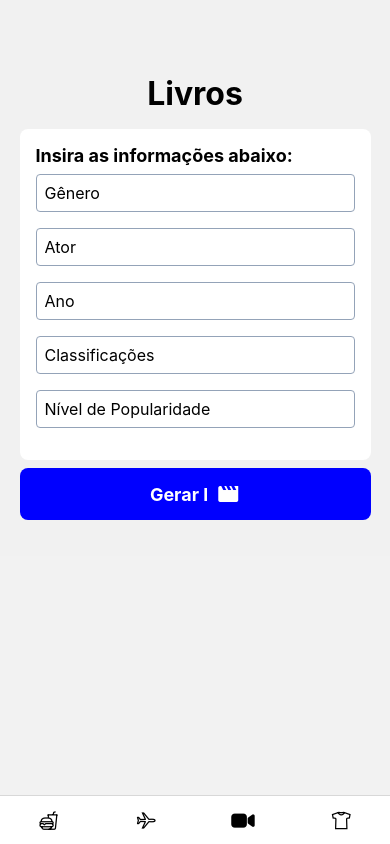
Repository: Matheus904-12/routes
Screen: /filmes (app in roteamento/)
An editor plug-in stored every save of this project. The screen is shown before and after the next save, followed by the edit.
The app was drawn by React Native's web renderer in a window 390 px wide. The project was rebuilt for these pictures with package versions that can differ from the ones it lists, and the page was loaded fresh each time. Also part of the build but not shown: roteamento/pages/viagem.js, roteamento/pages/roupas.js.

Above is the screen before, as saved 2024-05-01 17:45:58.

### roteamento/App.tsx
import React from 'react';
import { NavigationContainer } from '@react-navigation/native';
import { Routes } from './routes';

export default function App() {
  return (
    <NavigationContainer>
      <Routes />
    </NavigationContainer>
  );
}

### roteamento/routes.js
import { createBottomTabNavigator } from "@react-navigation/bottom-tabs";
import { Viagem } from './pages/viagem';
import { Filmes } from './pages/filmes';
import { Roupas } from './pages/roupas';
import { Receita } from './pages/receita';
import { Ionicons } from '@expo/vector-icons/'

const Tab = createBottomTabNavigator();

export function Routes() {
    return (
        <Tab.Navigator>
            <Tab.Screen
                name="receita"
                component={Receita}
                options={{
                    tabBarShowLabel: false,
                    headerShown: false,
                    tabBarIcon: ({ focused }) => {
                        if (focused) {
                            return (<Ionicons size={25} color={"#000"} name="fast-food" />)
                        }
                        return (<Ionicons size={20} color={"#000"} name="fast-food-outline" />)
                    }
                }}
            />
            <Tab.Screen
                name="viagem"
                component={Viagem}
                options={{
                    tabBarShowLabel: false,
                    headerShown: false,
                    tabBarIcon: ({ focused }) => {
                        if (focused) {
                            return (<Ionicons size={25} color={"#000"} name="airplane" />)
                        }
                        return (<Ionicons size={20} color={"#000"} name="airplane-outline" />)
                    }
                }}
            />
            <Tab.Screen
                name="filmes"
                component={Filmes}
                options={{
                    tabBarShowLabel: false,
                    headerShown: false,
                    tabBarIcon: ({ focused }) => {
                        if (focused) {
                            return (<Ionicons size={25} color={"#000"} name="videocam" />)
                        }
                        return (<Ionicons size={20} color={"#000"} name="videocam-outline" />)
                    }
                }}
            />
            <Tab.Screen
                name="roupas"
                component={Roupas}
                options={{
                    tabBarShowLabel: false,
                    headerShown: false,
                    tabBarIcon: ({ focused }) => {
                        if (focused) {
                            return (<Ionicons size={25} color={"#000"} name="shirt" />)
                        }
                        return (<Ionicons size={20} color={"#000"} name="shirt-outline" />)
                    }
                }}
            />
        </Tab.Navigator>
    )
}

### roteamento/pages/filmes.js
import React, { useState } from 'react';
import { StyleSheet, Text, View, TextInput, TouchableOpacity, Platform, StatusBar, ScrollView, ActivityIndicator, Alert, Keyboard } from 'react-native';
import { MaterialCommunityIcons } from '@expo/vector-icons';

const alturaStatusBar = StatusBar.currentHeight;
const KEY_GPT = 'SUA_CHAVE_DE_API';

export function Filmes() {

    const [load, defLoad] = useState(false);
    const [receita, defReceita] = useState("");

    const [ingr1, defIngr1] = useState("");
    const [ingr2, defIngr2] = useState("");
    const [ingr3, defIngr3] = useState("");
    const [ingr4, defIngr4] = useState("");
    const [ocasiao, defOcasiao] = useState("");

    async function gerarReceita() {
        if (ingr1 === "" || ingr2 === "" || ingr3 === "" || ingr4 === "" || ocasiao === "") {
            Alert.alert("Atenção", "Informe todas as informações!", [{ text: "Beleza!" }])
            return;
        }
        defReceita("");
        defLoad(true);
        Keyboard.dismiss();

        const prompt = `Sugira livros com titulos populares e bem avalidados com essas especiicações: ${ingr1}, ${ingr2}, ${ingr3} e ${ingr4}, além de mostrar serviços que contém esses livros e pesquise sobre algum video de alguém indicando o livro no YouTube. Caso encontre, informe o link.`;

        fetch("https://api.openai.com/v1/chat/completions", {
            method: "POST",
            headers: {
                "Content-Type": "application/json",
                Authorization: `Bearer ${KEY_GPT}`
            },
            body: JSON.stringify({
                model: "gpt-3.5-turbo",
                messages: [
                    {
                        role: 'user',
                        content: prompt
                    }
                ],
                temperature: 0.20,
                max_tokens: 500,
                top_p: 1,
            })
        })
            .then(response => response.json())
            .then((data) => {
                console.log(data.choices[0].message.content);
                defReceita(data.choices[0].message.content)
            })
            .catch((error) => {
                console.log(error);
            })
            .finally(() => {
                defLoad(false);
            })
    }

    return (
        <ScrollView>
            <View style={ESTILOS.container}>
                <StatusBar barStyle="dark-content" translucent={true} backgroundColor="#F1F1F1" />
                <Text style={ESTILOS.header}>Livros</Text>
                <View style={ESTILOS.form}>
                    <Text style={ESTILOS.label}>Insira as informações abaixo:</Text>
                    <TextInput
                        placeholder="Gênero"
                        style={ESTILOS.input}
                        value={ingr1}
                        onChangeText={(texto) => defIngr1(texto)}
                    />
                    <TextInput
                        placeholder="Ator"
                        style={ESTILOS.input}
                        value={ingr2}
                        onChangeText={(texto) => defIngr2(texto)}
                    />
                    <TextInput
                        placeholder="Ano"
                        style={ESTILOS.input}
                        value={ingr3}
                        onChangeText={(texto) => defIngr3(texto)}
                    />
                    <TextInput
                        placeholder="Classificações"
                        style={ESTILOS.input}
                        value={ingr4}
                        onChangeText={(texto) => defIngr4(texto)}
                    />
                    <TextInput
                        placeholder="Nível de Popularidade"
                        style={ESTILOS.input}
                        value={ocasiao}
                        onChangeText={(texto) => defOcasiao(texto)}
                    />
                </View>

                <TouchableOpacity style={ESTILOS.button} onPress={gerarReceita}>
                    <Text style={ESTILOS.buttonText}>Gerar l</Text>
                    <MaterialCommunityIcons name="movie" size={24} color="#FFF" />
                </TouchableOpacity>

                <ScrollView contentContainerStyle={{ paddingBottom: 24, marginTop: 4, }} style={ESTILOS.containerScroll} showsVerticalScrollIndicator={false} >
                    {load && (
                        <View style={ESTILOS.content}>
                            <Text style={ESTILOS.title}>Procurando livros...</Text>
                            <ActivityIndicator color="#000" size="large" />
                        </View>
                    )}

                    {receita && (
                        <View style={ESTILOS.content}>
                            <Text style={ESTILOS.title}>Livros sigeridos 👇</Text>
                            <Text style={{ lineHeight: 24 }}>{receita} </Text>
                        </View>
                    )}
                </ScrollView>
            </View>
        </ScrollView>
    );
}

const ESTILOS = StyleSheet.create({
    container: {
        flex: 1,
        backgroundColor: '#f1f1f1',
        alignItems: 'center',
        paddingTop: 20,
    },
    header: {
        fontSize: 32,
        fontWeight: 'bold',
        paddingTop: Platform.OS === 'android' ? alturaStatusBar : 54
    },
    form: {
        backgroundColor: '#FFF',
        width: '90%',
        borderRadius: 8,
        padding: 16,
        marginTop: 16,
        marginBottom: 8,
    },
    label: {
        fontWeight: 'bold',
        fontSize: 18,
        marginBottom: 8,
    },
    input: {
        borderWidth: 1,
        borderRadius: 4,
        borderColor: '#94a3b8',
        padding: 8,
        fontSize: 16,
        marginBottom: 16,
    },
    button: {
        backgroundColor: 'blue',
        width: '90%',
        borderRadius: 8,
        flexDirection: 'row',
        padding: 14,
        justifyContent: 'center',
        alignItems: 'center',
        gap: 8,
    },
    buttonText: {
        fontSize: 18,
        color: '#FFF',
        fontWeight: 'bold'
    },
    content: {
        backgroundColor: '#FFF',
        padding: 16,
        width: '100%',
        marginTop: 16,
        borderRadius: 8,
    },
    title: {
        fontSize: 18,
        fontWeight: 'bold',
        textAlign: 'center',
        marginBottom: 14
    },
    containerScroll: {
        width: '90%',
        marginTop: 8,
    }
});

### roteamento/pages/receita.js
import React, { useState } from 'react';
import { StyleSheet, Text, View, TextInput, TouchableOpacity, Platform, StatusBar, ScrollView, ActivityIndicator, Alert, Keyboard } from 'react-native';
import { MaterialCommunityIcons } from '@expo/vector-icons';

const alturaStatusBar = StatusBar.currentHeight;
const KEY_GPT = 'SUA_CHAVE_DE_API';

export function Receita() {

    const [load, defLoad] = useState(false);
    const [receita, defReceita] = useState("");

    const [ingr1, defIngr1] = useState("");
    const [ingr2, defIngr2] = useState("");
    const [ingr3, defIngr3] = useState("");
    const [ingr4, defIngr4] = useState("");
    const [ocasiao, defOcasiao] = useState("");

    async function gerarReceita() {
        if (ingr1 === "" || ingr2 === "" || ingr3 === "" || ingr4 === "" || ocasiao === "") {
            Alert.alert("Atenção", "Informe todos os ingredientes!", [{ text: "Beleza!" }])
            return;
        }
        defReceita("");
        defLoad(true);
        Keyboard.dismiss();

        const prompt = `Sugira uma receita detalhada para o ${ocasiao} usando os ingredientes: ${ingr1}, ${ingr2}, ${ingr3} e ${ingr4} e pesquise a receita no YouTube. Caso encontre, informe o link.`;

        fetch("https://api.openai.com/v1/chat/completions", {
            method: "POST",
            headers: {
                "Content-Type": "application/json",
                Authorization: `Bearer ${KEY_GPT}`
            },
            body: JSON.stringify({
                model: "gpt-3.5-turbo",
                messages: [
                    {
                        role: 'user',
                        content: prompt
                    }
                ],
                temperature: 0.20,
                max_tokens: 500,
                top_p: 1,
            })
        })
            .then(response => response.json())
            .then((data) => {
                console.log(data.choices[0].message.content);
                defReceita(data.choices[0].message.content)
            })
            .catch((error) => {
                console.log(error);
            })
            .finally(() => {
                defLoad(false);
            })
    }

    return (
        <ScrollView>
            <View style={ESTILOS.container}>
                <StatusBar barStyle="dark-content" translucent={true} backgroundColor="#F1F1F1" />
                <Text style={ESTILOS.header}>Receitas Fáceis</Text>
                <View style={ESTILOS.form}>
                    <Text style={ESTILOS.label}>Insira os ingredientes abaixo:</Text>
                    <TextInput
                        placeholder="Ingrediente 1"
                        style={ESTILOS.input}
                        value={ingr1}
                        onChangeText={(texto) => defIngr1(texto)}
                    />
                    <TextInput
                        placeholder="Ingrediente 2"
                        style={ESTILOS.input}
                        value={ingr2}
                        onChangeText={(texto) => defIngr2(texto)}
                    />
                    <TextInput
                        placeholder="Ingrediente 3"
                        style={ESTILOS.input}
                        value={ingr3}
                        onChangeText={(texto) => defIngr3(texto)}
                    />
                    <TextInput
                        placeholder="Ingrediente 4"
                        style={ESTILOS.input}
                        value={ingr4}
                        onChangeText={(texto) => defIngr4(texto)}
                    />
                    <TextInput
                        placeholder="Almoço ou Jantar"
                        style={ESTILOS.input}
                        value={ocasiao}
                        onChangeText={(texto) => defOcasiao(texto)}
                    />
                </View>

                <TouchableOpacity style={ESTILOS.button} onPress={gerarReceita}>
                    <Text style={ESTILOS.buttonText}>Gerar receita</Text>
                    <MaterialCommunityIcons name="food-variant" size={24} color="#FFF" />
                </TouchableOpacity>

                <ScrollView contentContainerStyle={{ paddingBottom: 24, marginTop: 4, }} style={ESTILOS.containerScroll} showsVerticalScrollIndicator={false} >
                    {load && (
                        <View style={ESTILOS.content}>
                            <Text style={ESTILOS.title}>Produzindo receita...</Text>
                            <ActivityIndicator color="#000" size="large" />
                        </View>
                    )}

                    {receita && (
                        <View style={ESTILOS.content}>
                            <Text style={ESTILOS.title}>Sua receita 👇</Text>
                            <Text style={{ lineHeight: 24 }}>{receita} </Text>
                        </View>
                    )}
                </ScrollView>
            </View>
        </ScrollView>
    );
}

const ESTILOS = StyleSheet.create({
    container: {
        flex: 1,
        alignItems: 'center',
        paddingTop: 20,
    },
    header: {
        fontSize: 32,
        fontWeight: 'bold',
        paddingTop: Platform.OS === 'android' ? alturaStatusBar : 54
    },
    form: {
        backgroundColor: '#FFF',
        width: '90%',
        borderRadius: 8,
        padding: 16,
        marginTop: 16,
        marginBottom: 8,
    },
    label: {
        fontWeight: 'bold',
        fontSize: 18,
        marginBottom: 8,
    },
    input: {
        borderWidth: 1,
        borderRadius: 4,
        borderColor: '#94a3b8',
        padding: 8,
        fontSize: 16,
        marginBottom: 16,
    },
    button: {
        backgroundColor: 'blue',
        width: '90%',
        borderRadius: 8,
        flexDirection: 'row',
        padding: 14,
        justifyContent: 'center',
        alignItems: 'center',
        gap: 8,
    },
    buttonText: {
        fontSize: 18,
        color: '#FFF',
        fontWeight: 'bold'
    },
    content: {
        backgroundColor: '#FFF',
        padding: 16,
        width: '100%',
        marginTop: 16,
        borderRadius: 8,
    },
    title: {
        fontSize: 18,
        fontWeight: 'bold',
        textAlign: 'center',
        marginBottom: 14
    },
    containerScroll: {
        width: '90%',
        marginTop: 8,
    }
});

After the next save:
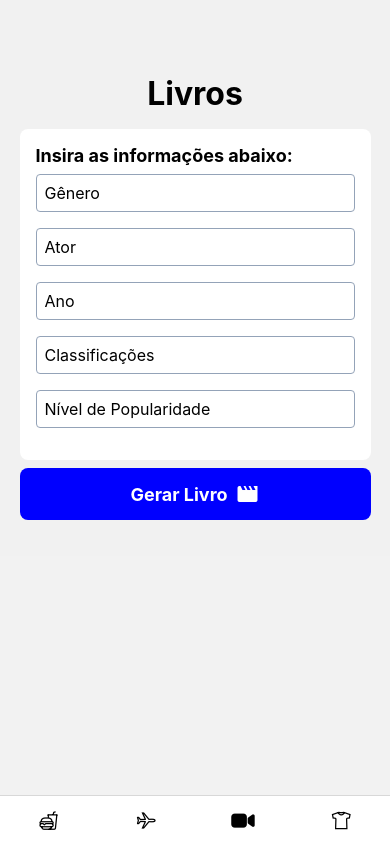
Saved 4 s later.
--- a/roteamento/pages/filmes.js
+++ b/roteamento/pages/filmes.js
@@ -99,7 +99,7 @@ export function Filmes() {
                 </View>
 
                 <TouchableOpacity style={ESTILOS.button} onPress={gerarReceita}>
-                    <Text style={ESTILOS.buttonText}>Gerar l</Text>
+                    <Text style={ESTILOS.buttonText}>Gerar Livro</Text>
                     <MaterialCommunityIcons name="movie" size={24} color="#FFF" />
                 </TouchableOpacity>
 
